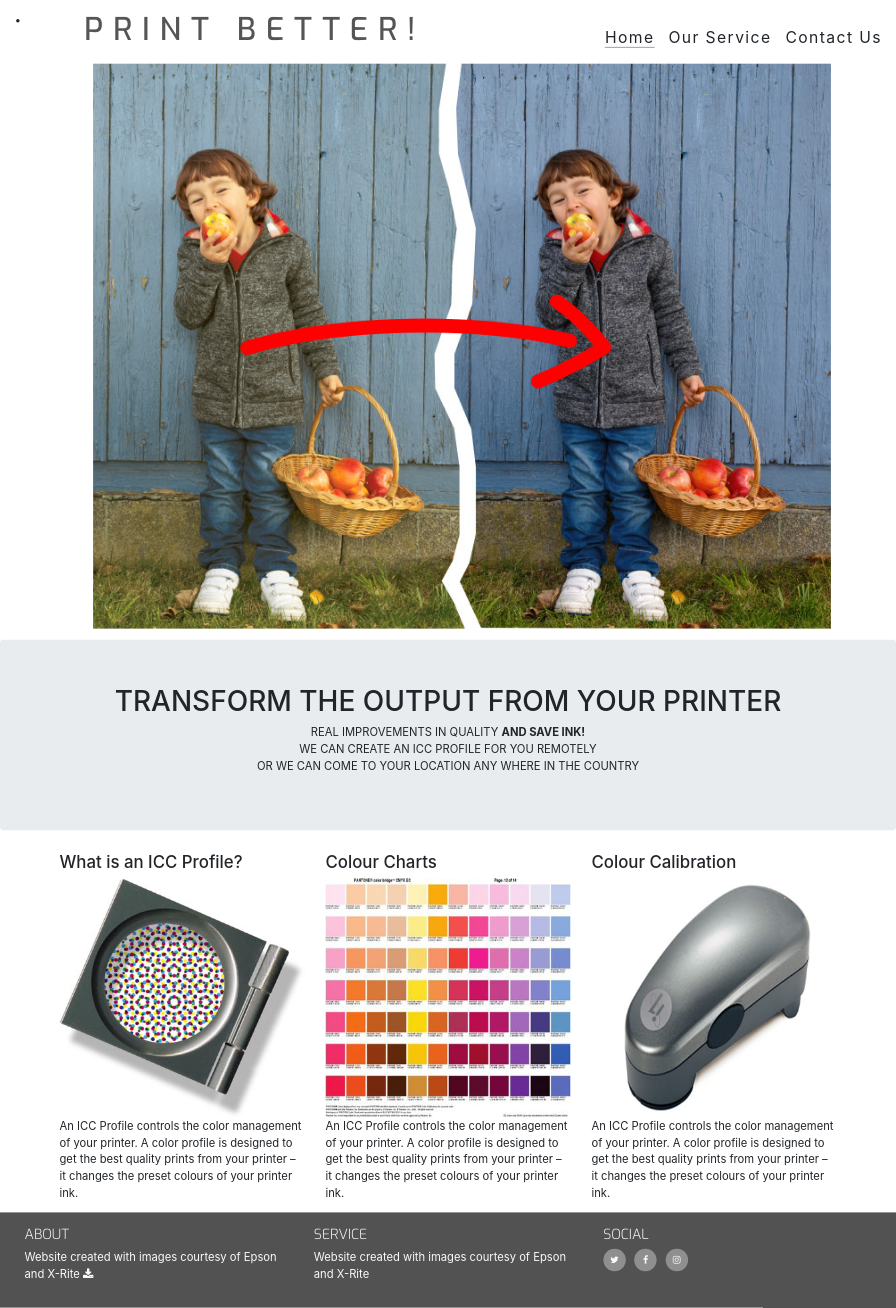
Repository: marks530/first_milestone
Page: index.html
These files come from the project's save history. The page is drawn as it stood at one moment and after the next save; the edit follows.
The browser window is 1280 px wide. The pictures show the whole page, at 70% of full size.
Some web libraries are served in a nearby version.

Above is the page before, as saved 2021-03-15 16:32:19.

### index.html
<!DOCTYPE html>
<html lang="en">

<head>
    <meta charset="UTF-8">
    <meta http-equiv="X-UA-Compatible" content="IE=edge">
    <meta name="viewport" content="width=device-width, initial-scale=1.0">
    <link href="css/style.css" rel="stylesheet" type="text/css" />
    <link rel="stylesheet" href="https://maxcdn.bootstrapcdn.com/bootstrap/4.2.1/css/bootstrap.min.css" type="text/css" />
    <link rel="stylesheet" href="https://maxcdn.bootstrapcdn.com/font-awesome/4.7.0/css/font-awesome.min.css" type="text/css" />
    <link rel="stylesheet" href="https://cdnjs.cloudflare.com/ajax/libs/hover.css/2.1.1/css/hover-min.css" type="text/css" />
    <title>Print Better</title>
</head>

<body>
    <header>
        <h2 id="logo">Print Better!</h2>
        <nav>
            <ul id="menu">
                <li>
                    <a href="#">Contact Us</a>
                </li>
                <li>
                    <a href="service.html">Our Service</a>
                </li>

                <li>
                    <a class="active" href="index.html">Home</a>
                </li>

            </ul>
        </nav>
    </header>

    <section>

        <div>
            <ul>
                <li>
                    <img src="images/before-after-profile.jpg" class="center">
                </li>

            </ul>
        </div>
        <div class="jumbotron text-center">
            <h1 class="uppercase">Transform the output from your Printer</h1>
            <p class="uppercase">Real improvements in quality <strong>and save ink!</strong><br>We can create an ICC profile for you remotely <br>or we can come to your location any where in the country
            </p>
        </div>
        <div class="container">
            <div class="row">
                <div class="col-sm-4">
                    <h4>What is an ICC Profile?</h4>
                    <img src="images/Loupe.png" class="old-new" id="reduce">
                    <p>An ICC Profile controls the color management of your printer. A color profile is designed to get the best quality prints from your printer – it changes the preset colours of your printer ink.</p>

                </div>
                <div class="col-sm-4">
                    <h4>Colour Charts</h4>
                    <img src="images/color-chart.jpg" class="old-new" id="reduce">
                    <p>An ICC Profile controls the color management of your printer. A color profile is designed to get the best quality prints from your printer – it changes the preset colours of your printer ink.</p>

                </div>
                <div class="col-sm-4">
                    <h4>Colour Calibration</h4>
                    <img src="images/xRite.jpg" class="old-new" id="reduce">
                    <p>An ICC Profile controls the color management of your printer. A color profile is designed to get the best quality prints from your printer – it changes the preset colours of your printer ink.</p>
                </div>
            </div>
        </div>

    </section>
    <footer class="container-fluid">
        <div id="footer-details" class="row">
            <div class="col-sm-4">
                <h5 class="uppercase general-sub">About</h5>
                <p class="inline-block">
                    Website created with images courtesy of Epson and X-Rite
                    <i class="fa fa-download" aria-hidden="true"></i>
                    <span class="sr-only">Download link</span>
                </p>
            </div>
            <div class="col-sm-4">
                <h5 class="uppercase general-sub">Service</h5>
                <p class="inline-block">
                    Website created with images courtesy of Epson and X-Rite

                </p>
            </div>
            <div class="col-sm-4">
                <h5 class="uppercase general-sub">Social</h5>
                <ul class="list-inline social-links">

                    <li class="list-inline-item">
                        <a href="#" target="_blank">
                            <i class="fa fa-twitter" aria-hidden="true"></i>
                            <span class="sr-only">Twitter</span>
                        </a>
                    </li>
                    <li class="list-inline-item">
                        <a href="#" target="_blank">
                            <i class="fa fa-facebook" aria-hidden="true"></i>
                            <span class="sr-only">Facebook</span>
                        </a>
                    </li>
                    <li class="list-inline-item">
                        <a href="#" target="_blank">
                            <i class="fa fa-instagram" aria-hidden="true"></i>
                            <span class="sr-only">Instagram</span>
                        </a>
                    </li>


                </ul>
            </div>

        </div>


    </footer>
</body>

</html>

### css/style.css
@import url('https://fonts.googleapis.com/css?family=Roboto:100,200,300,400,500,600,700|Exo:100,200,300,400,500,600,700');
body {
    font-family: Roboto;
    color: #777777
}

h2 {
    font-family: Exo;
    text-transform: uppercase;
    letter-spacing: 14px;
    color: #555555
}

#logo {
    float: left;
    font-size: 280%;
    margin-left: 120px;
}

#menu {
    font-size: 140%;
    list-style-type: none;
    letter-spacing: 2px;
}

#menu {
    line-height: 75px;
}

#menu li {
    float: right;
    margin-right: 20px;
}

#menu a {
    text-decoration: none;
    color: inherit;
}

#menu a:hover {
    border-bottom: 1px solid #777777;
}

.active {
    border-bottom: 1px solid #777777;
}

.center {
    display: block;
    margin-left: auto;
    margin-right: auto;
    width: 85%;
}

.old-new {
    max-width: 100%;
    height: auto;
    object-fit: contain;
}

#move-image-down {
    margin-top: 30px;
}

.jumbotron {
    padding-left: 20px;
    padding-right: 20px;
}


/*---------------Special paddings/margins/text */

h1,
h2,
h3,
h4 {
    margin: 0;
}

.uppercase {
    text-transform: uppercase;
}

.general-sub {
    font-family: "Exo", sans serif;
    font-weight: 300;
    color: #fafafa;
}


/*----------------------------------Footer */

footer {
    background-color: #525252;
    color: #fafafa;
    min-height: 120px;
    margin: 0;
}

.inline-block {
    display: inline-block;
}

.social-links {
    padding-bottom: 15px;
}

.social-links li a i {
    width: 32px;
    height: 32px;
    padding: 12px 0;
    border-radius: 50%;
    font-size: 13px;
    line-height: 7px;
    text-align: center;
    color: #fafafa;
    background: #8f8f8f;
    transition: all 0.35s ease-in-out;
    -moz-transition: all 0.35s ease-in-out;
    -webkit-transition: all 0.35s ease-in-out;
    -o-transition: all 0.35s ease-in-out;
}

.social-links li a i:hover {
    background: #e84610;
}

#footer-details {
    padding: 20px;
}

After the next save:
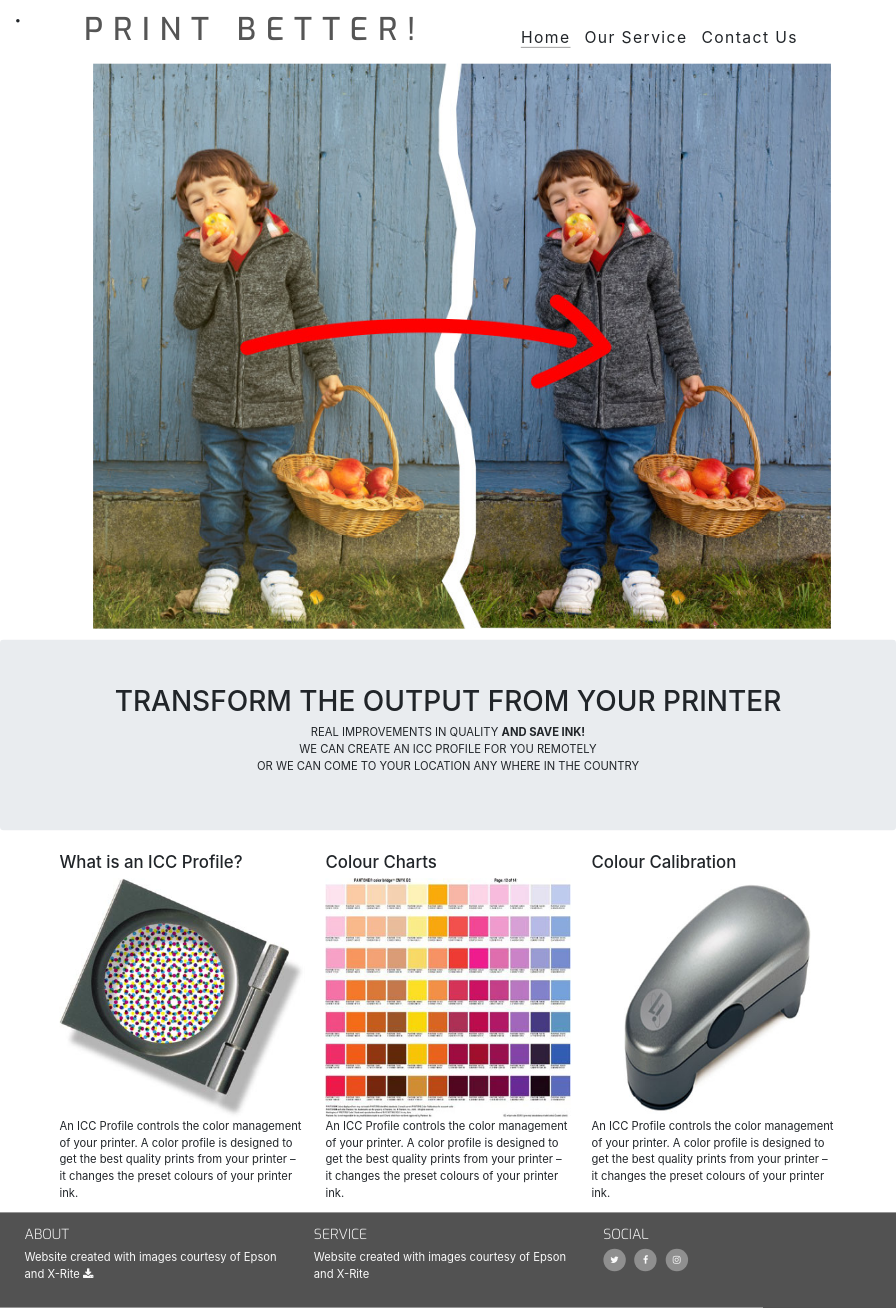
Saved 101 s later.
--- a/css/style.css
+++ b/css/style.css
@@ -21,6 +21,7 @@
     font-size: 140%;
     list-style-type: none;
     letter-spacing: 2px;
+    margin-right: 120px;
 }
 
 #menu {
